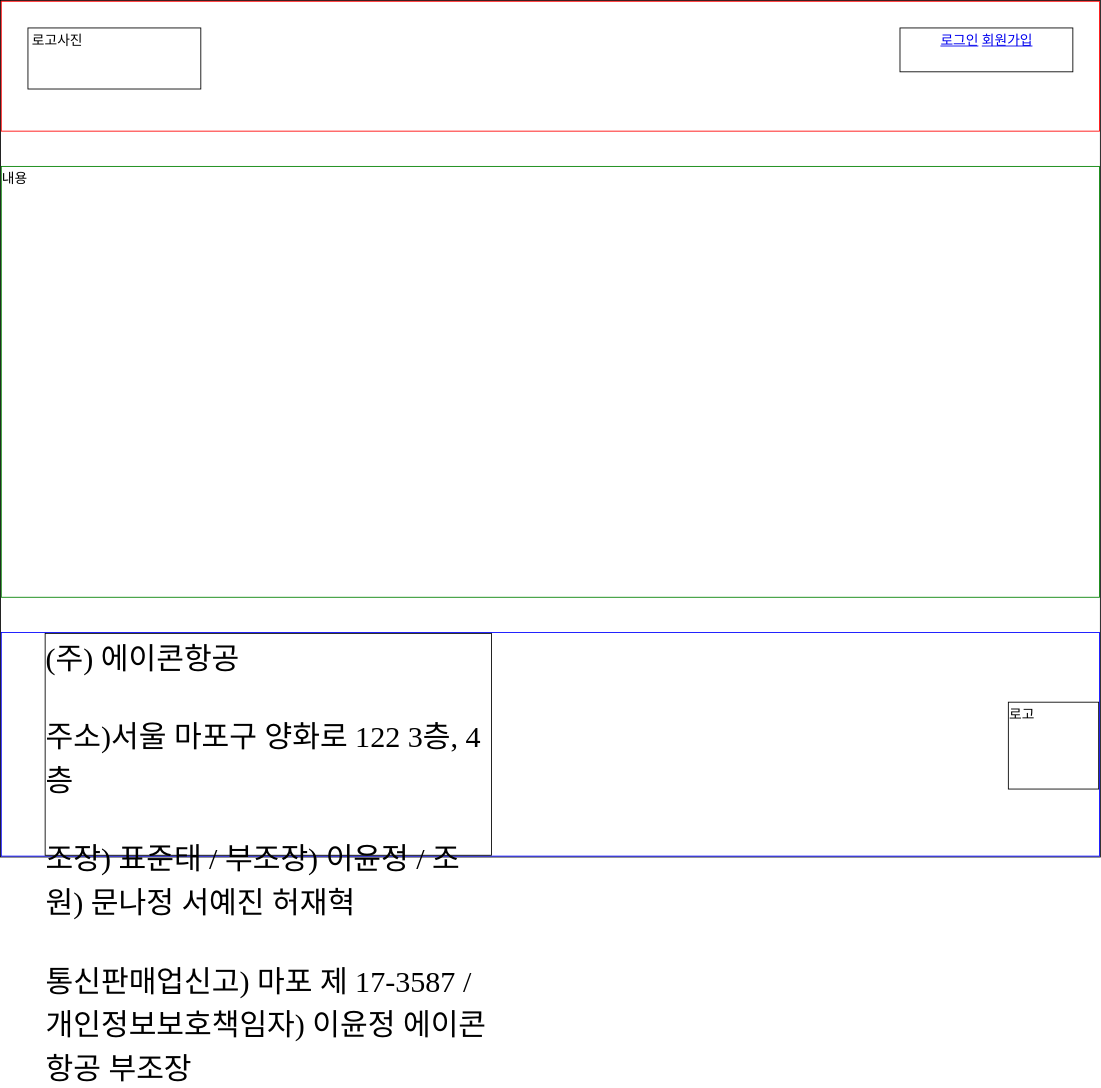
Repository: juntae710/Acorn_AirlineReservation_Project
Page: http://localhost/prj3_1/WEB-INF/views/h_index.jsp
These files come from the project's save history. The page is drawn as it stood at one moment and after the next save; the edit follows.
The browser window is 1280 px wide. The pictures show the whole page, at 86% of full size.
The page is served by Tomcat 9. Nobody is signed in. Other server files are loaded and not shown. The template is opened directly, without the code that normally fills it, so the values that code supplies are empty.

Above is the page before, as saved 2023-09-20 01:20:44.

### Eclipse/prj3_1/src/main/webapp/WEB-INF/views/h_index.jsp
<%@ page language="java" contentType="text/html; charset=UTF-8" pageEncoding="UTF-8"%>
<!DOCTYPE html>
<html>
<head>
<meta charset="UTF-8">
<title>Insert title here</title>
<style>
* {
	margin: 0;
}

main {
	border: 1px solid black;
}

header {
	border: 1px solid red;
	height: 150px;
	display: flex;
	position: relative;
}

.headerimg {
	width: 200px;
	height: 70px;
	border: 1px solid black;
	position: absolute;
	left: 30px;
	top: 30px;
}

.headerAtag {
	width: 200px;
	height: 50px;
	border: 1px solid black;
	position: absolute;
	right: 30px;
	top: 30px;
	text-align: center;
}

section {
	border: 1px solid green;
	height: 500px;
	margin-top: 40px;
}

footer {
	border: 1px solid blue;
	height: 259px;
	margin-top: 40px;
	margin-bottom: 0px;
	display: flex;
}


.footer_info{
border: 1px solid black;
margin-left: 50px;
width: 1000px;
font-size: 35px;


}
.footer_img{
border: 1px solid black;
width: 200px;
height: 100px;
margin-left: 600px;
margin-top: 80px;
}

</style>
</head>
<body>
	<main>
		<header>
			<div class="headerimg">
				<img src="" alt=""> 로고사진
			</div>

			<%
			String id = (String) session.getAttribute("id");
			%>

			<div class="headerAtag">
				<%
				if (id == null) {
				%>
				<a href="<%=request.getContextPath()%>/h_login">로그인</a>
				<%
				%>
				<a href="<%=request.getContextPath()%>/l_join">회원가입</a>
				<%
				} else {
				%>
				<p>아이디: <%=id%>님 </p>
				<a href="<%=request.getContextPath()%>/h_logOut">로그아웃</a>
				<a href="<%=request.getContextPath()%>/UUA.do">마이페이지</a>

				<%
				}
				%>
			</div>

		</header>

		<section>내용</section>



		<footer>
		<div class="footer_info">(주) 에이콘항공 <br><br>
			 주소)서울 마포구 양화로 122 3층, 4층 <br><br>
			조장) 표준태 / 부조장) 이윤정 / 조원) 문나정 서예진 허재혁 <br><br>
			통신판매업신고) 마포 제 17-3587 / 개인정보보호책임자) 이윤정 에이콘항공 부조장
		 </div>
		<div class="footer_img"><img alt="" src="">로고</div>
		</footer>
	</main>
</body>
</html>

After the next save:
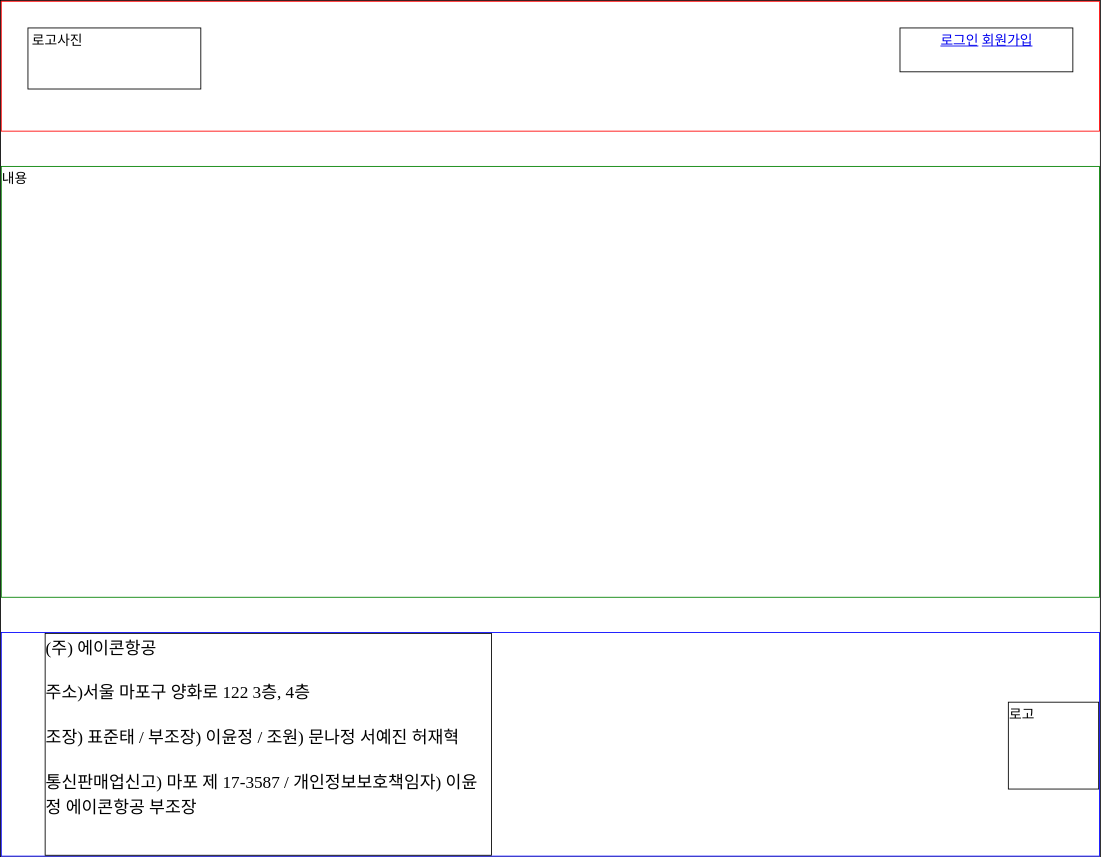
Saved 6 s later.
--- a/Eclipse/prj3_1/src/main/webapp/WEB-INF/views/h_index.jsp
+++ b/Eclipse/prj3_1/src/main/webapp/WEB-INF/views/h_index.jsp
@@ -58,7 +58,7 @@ footer {
 border: 1px solid black;
 margin-left: 50px;
 width: 1000px;
-font-size: 35px;
+font-size: 20px;
 
 
 }
